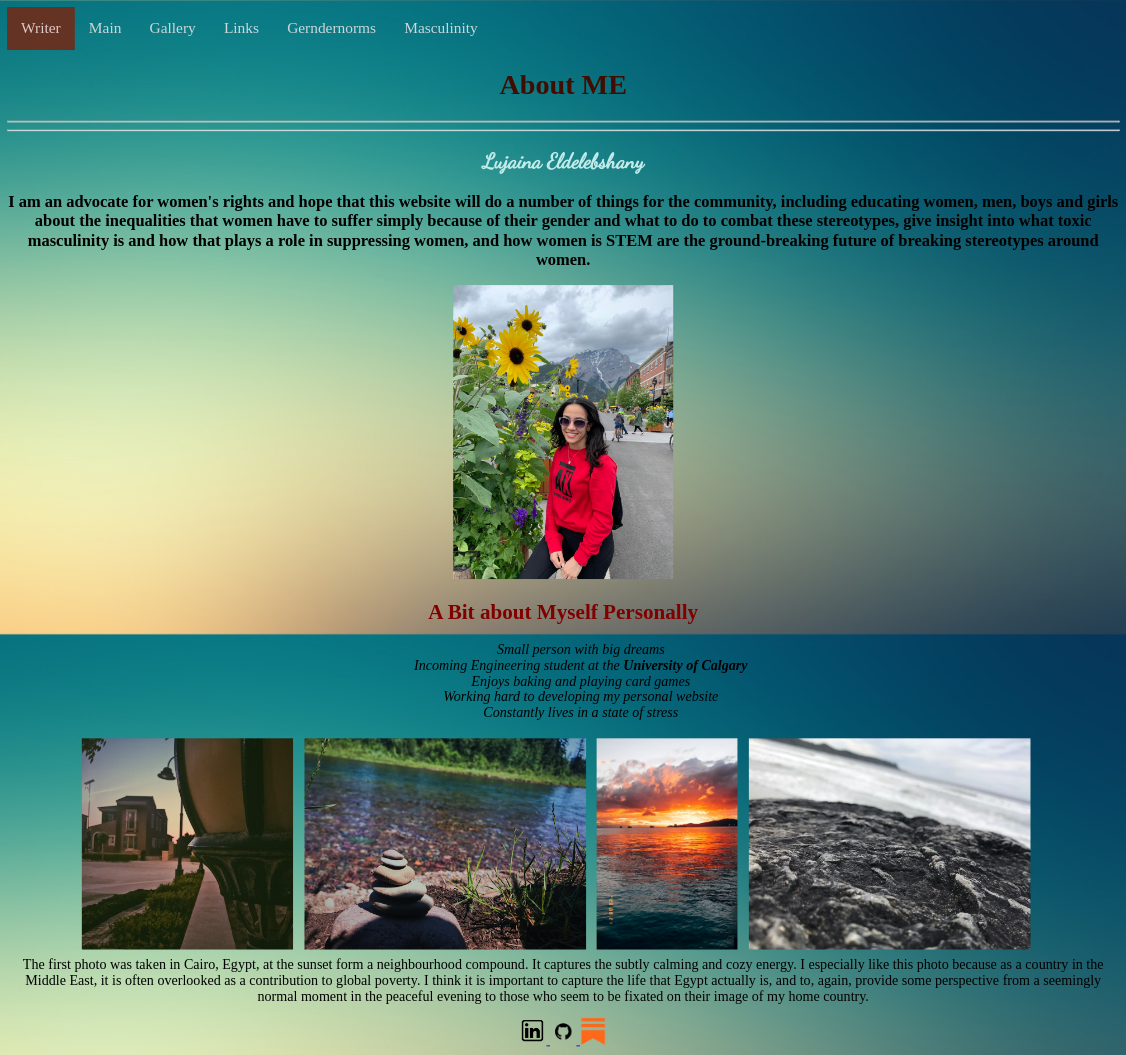
Repository: Lujaina-E/womens-rights-site
Page: founder.html
These files come from the project's save history. The page is drawn as it stood at one moment and after the next save; the edit follows.
The browser window is 1280 px wide. The pictures show the whole page, at 88% of full size.
Backgrounds fixed to the window are drawn as part of the page. Some web fonts or font styles are not loaded; a fallback is used.

Above is the page before, as saved 2022-07-25 22:14:07.

### founder.html
<!DOCTYPE html>
<html lang="en">
    <head>
        <style>
            @import url('https://fonts.googleapis.com/css2?family=Akaya+Kanadaka&family=Dancing+Script&display=swap');
        </style>
        <link rel="stylesheet" type="text/css" href="founderStyle.css"/>
        <title>Founder</title


        <link rel="apple-touch-icon-precomposed" sizes="57x57" href="favicon/favicomatic/apple-touch-icon-57x57.png" />
    <link rel="apple-touch-icon-precomposed" sizes="114x114" href="favicon/favicomatic/apple-touch-icon-114x114.png" />
    <link rel="apple-touch-icon-precomposed" sizes="72x72" href="favicon/favicomatic/apple-touch-icon-72x72.png" />
    <link rel="apple-touch-icon-precomposed" sizes="144x144" href="favicon/favicomatic/apple-touch-icon-144x144.png" />
    <link rel="apple-touch-icon-precomposed" sizes="60x60" href="favicon/favicomatic/apple-touch-icon-60x60.png" />
    <link rel="apple-touch-icon-precomposed" sizes="120x120" href="favicon/favicomatic/apple-touch-icon-120x120.png" />
    <link rel="apple-touch-icon-precomposed" sizes="76x76" href="favicon/favicomatic/apple-touch-icon-76x76.png" />
    <link rel="apple-touch-icon-precomposed" sizes="152x152" href="favicon/favicomatic/apple-touch-icon-152x152.png" />
    <link rel="icon" type="image/png" href="favicon/favicomatic/favicon-196x196.png" sizes="196x196" />
    <link rel="icon" type="image/png" href="favicon/favicomatic/favicon-96x96.png" sizes="96x96" />
    <link rel="icon" type="image/png" href="favicon/favicomatic/favicon-32x32.png" sizes="32x32" />
    <link rel="icon" type="image/png" href="favicon/favicomatic/favicon-16x16.png" sizes="16x16" />
    <link rel="icon" type="image/png" href="favicon/favicomatic/favicon-128.png" sizes="128x128" />
    <meta name="application-name" content="Founder"/>
    <meta name="msapplication-TileColor" content="#FFFFFF" />
    <meta name="msapplication-TileImage" content="favicon/favicomatic/mstile-144x144.png" />
    <meta name="msapplication-square70x70logo" content="favicon/favicomatic/mstile-70x70.png" />
    <meta name="msapplication-square150x150logo" content="favicon/favicomatic/mstile-150x150.png" />
    <meta name="msapplication-wide310x150logo" content="favicon/favicomatic/mstile-310x150.png" />
    <meta name="msapplication-square310x310logo" content="favicon/favicomatic/mstile-310x310.png" />
    <link rel="stylesheet" href="https://cdnjs.cloudflare.com/ajax/libs/font-awesome/4.7.0/css/font-awesome.min.css">

    <div class="topnav" id="myTopnav">
        <a href="founder.html" class="active">Writer</a>
        <a href="index.html">Main</a>
        <a href="gallery.html">Gallery</a>
        <a href="links.html">Links</a>
        <a href="gendernorms.html">Gerndernorms</a>
        <a href="masculinity.html">Masculinity</a>
        <a href="javascript:void(0);" class="icon" onclick="myFunction()">
            <i class="fa fa-bars"></i>
        </a>
    </div>

<h1>About ME</h1>
<hr><hr>

<h2 id="MyName"> Lujaina Eldelebshany</h2>
<h3>I am an advocate for women's
rights and hope that this website will do a number of things for the community,
including educating women, men, boys and girls about the inequalities that women
have to suffer simply because of their gender and what to do to combat these
stereotypes, give insight into what toxic masculinity is and how that plays a role
in suppressing women, and how women is STEM are the ground-breaking future of
breaking stereotypes around women. </h3>
<img id="myPic" src="Pictures/me.jpg" alt="Please stand by as you experience a loading error">
<section>
<h2>A Bit about Myself Personally</h2>
<p><i>
    <ul id="descriptors">
        <li>Small person with big dreams </li>
        <li>Incoming Engineering student at the <b>University of Calgary</b></li>
        <li>Enjoys baking and playing card games </li>
        <li>Working hard to developing my personal website</li>
        <li>Constantly lives in a state of stress</li>
    </ul>
</i></p>
</section>

    <img class="photography photo1" src="Pictures/sp1.jpg" alt="A picture of my work. You are experiencing a loading error, please stand by and check connection">
    <img class="photography" src="Pictures/sp2.jpg" alt="Please stand by and check connection">
    <img class="photography" src="Pictures/sp3.jpg" alt="Please stand by and check connection">
    <img class="photography" src="Pictures/sp4.jpg" alt="Please stand by and check connection">

<!-- <p>Cairo, Egypt</p>  -->
<!-- <p>WHitefish, USA</p> -->
<!-- <p>Vancouver, Tofino</p> -->
<!-- <p>Tofino, Tofino</p> -->

<!-- <p style=""> -->
<p style="clear: both; font-size: 16px;">The first photo was taken in Cairo, Egypt, at the sunset form a neighbourhood compound. It captures the subtly calming and cozy energy. I especially like this
photo because as a country in the Middle East, it is often overlooked as a contribution to global poverty. I think it is important to capture the life that Egypt actually is, and to, again,
provide some perspective from a seemingly normal moment in the peaceful evening to those who seem to be fixated on their image of my home country. </p>

<section>

<a href="https://www.linkedin.com/in/lujaina-eldelebshany-0029bb1b3/"> <img alt="Pictures/error-code.jpg" src="Pictures/linkedin_logo.png"
         width=30" height="30">
      </a>
<a href="https://github.com/Lujaina-E"> <img alt="Pictures/error-code.jpg" src="Pictures/github.png"
         width=30" height="30">

<a href="https://substack.com/profile/24893981-lujaina-eldelebshany"> <img alt="Pictures/error-code.jpg" src="Pictures/substack_logo.png"
         width=30" height="30">

      </a>

</section>

<!-- Add a section here for an email subscription to my substack -->

    </body>

</html>

### founderStyle.css
            body{
                text-align: center;
                font-family: Times New Roman;
                background-image: url('Pictures/backdrop.jpg');
                background-repeat: no-repeat;
                background-position: center center;
                background-size: cover; background-attachment: fixed;
            }

            body > h1 {
                color: #410d00;
            }

            #MyName{
                font-family: 'Dancing Script', cursive;
                color:#c1ebea;
            }

            #myPic{
                width: 250px;
                length: 250px;
            }

            section > h2{
                color: maroon;
            }

            section > p{
                font-size: 20px;
                color: darkslategray;
            }

            .photography.photo1{
                padding-left: 85px;
                 float: left;
                 height: 15em;
                 margin-right: 1%;
                 margin-bottom: 0.5em;
            }

            .photography{
                float: left;
                height: 15em;
                margin-right: 1%;
                margin-bottom: 0.5em;
            }

            #descriptors{
                list-style-type: none;
            }

            /* navbar styling  */
            .topnav {
                overflow: hidden;
              }

              .topnav a {
                float: left;
                display: block;
                color: rgba(247, 235, 235, 0.829);
                text-align: center;
                padding: 14px 16px;
                text-decoration: none;
                font-size: 17.5px;
              }

              .topnav a:hover {
                color: rgb(88, 26, 26);
              }

              .topnav a.active {
                background-color: #643324;
                color: rgba(247, 235, 235, 0.829);
              }

              .topnav .icon {
                display: none;
              }

                @media screen and (max-width: 600px) {
                    .topnav a:not(:first-child) {display: none;}
                    .topnav a.icon {
                    float: right;
                    display: block;
                    }
                }

                @media screen and (max-width: 600px) {
                    .topnav.responsive {position: relative;}
                    .topnav.responsive a.icon {
                    position: absolute;
                    right: 0;
                    top: 0;
                    }
                    .topnav.responsive a {
                    float: none;
                    display: block;
                    text-align: left;
                    }
                }

After the next save:
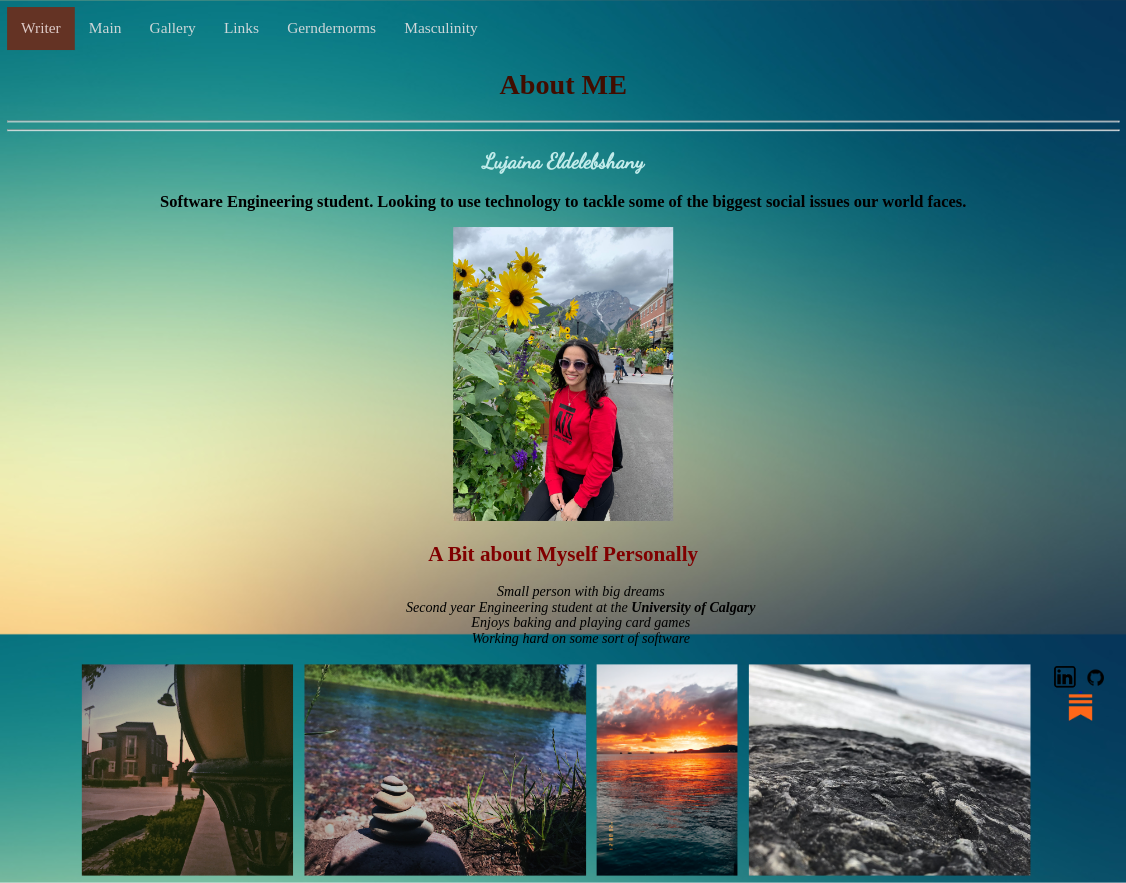
Saved 9 min 23 s later.
--- a/founder.html
+++ b/founder.html
@@ -46,23 +46,17 @@
 <hr><hr>
 
 <h2 id="MyName"> Lujaina Eldelebshany</h2>
-<h3>I am an advocate for women's
-rights and hope that this website will do a number of things for the community,
-including educating women, men, boys and girls about the inequalities that women
-have to suffer simply because of their gender and what to do to combat these
-stereotypes, give insight into what toxic masculinity is and how that plays a role
-in suppressing women, and how women is STEM are the ground-breaking future of
-breaking stereotypes around women. </h3>
+<h3>Software Engineering student. Looking to use technology to tackle some of the biggest social issues our world faces.</h3>
 <img id="myPic" src="Pictures/me.jpg" alt="Please stand by as you experience a loading error">
 <section>
 <h2>A Bit about Myself Personally</h2>
 <p><i>
     <ul id="descriptors">
         <li>Small person with big dreams </li>
-        <li>Incoming Engineering student at the <b>University of Calgary</b></li>
+        <li>Second year Engineering student at the <b>University of Calgary</b></li>
         <li>Enjoys baking and playing card games </li>
-        <li>Working hard to developing my personal website</li>
-        <li>Constantly lives in a state of stress</li>
+        <li>Working hard on some sort of software</li>
+
     </ul>
 </i></p>
 </section>
@@ -71,16 +65,6 @@ breaking stereotypes around women. </h3>
     <img class="photography" src="Pictures/sp2.jpg" alt="Please stand by and check connection">
     <img class="photography" src="Pictures/sp3.jpg" alt="Please stand by and check connection">
     <img class="photography" src="Pictures/sp4.jpg" alt="Please stand by and check connection">
-
-<!-- <p>Cairo, Egypt</p>  -->
-<!-- <p>WHitefish, USA</p> -->
-<!-- <p>Vancouver, Tofino</p> -->
-<!-- <p>Tofino, Tofino</p> -->
-
-<!-- <p style=""> -->
-<p style="clear: both; font-size: 16px;">The first photo was taken in Cairo, Egypt, at the sunset form a neighbourhood compound. It captures the subtly calming and cozy energy. I especially like this
-photo because as a country in the Middle East, it is often overlooked as a contribution to global poverty. I think it is important to capture the life that Egypt actually is, and to, again,
-provide some perspective from a seemingly normal moment in the peaceful evening to those who seem to be fixated on their image of my home country. </p>
 
 <section>
 
